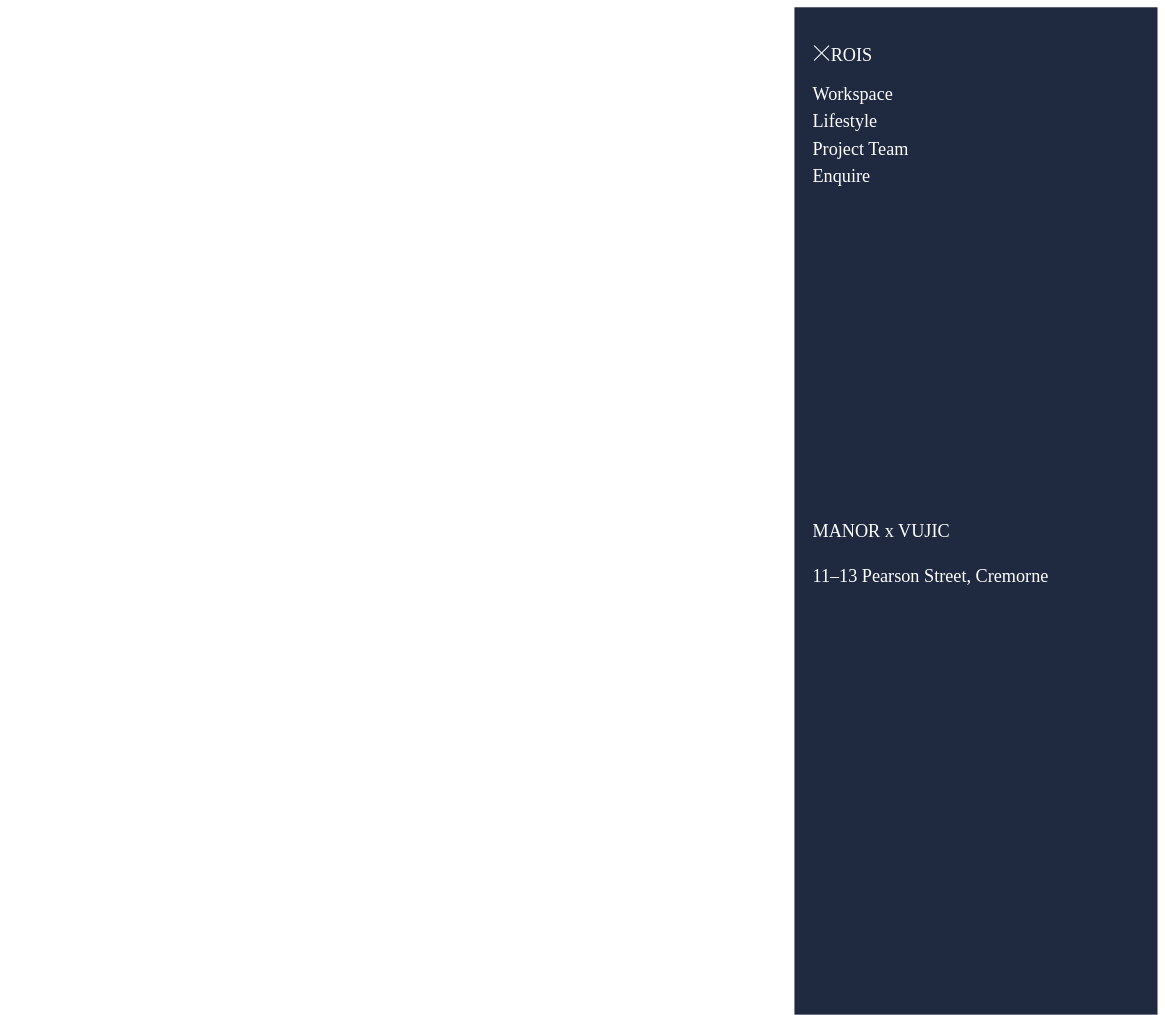
Repository: ThanhMai6507/Rois-Landing-Page
Page: index.html
These files come from the project's save history. The page is drawn as it stood at one moment and after a run of saves; the edit follows.
The browser window is 1280 px wide. The pictures show the whole page, at 91% of full size.

Above is the page before, as saved 2022-10-31 11:06:25.

After the next 3 saves:
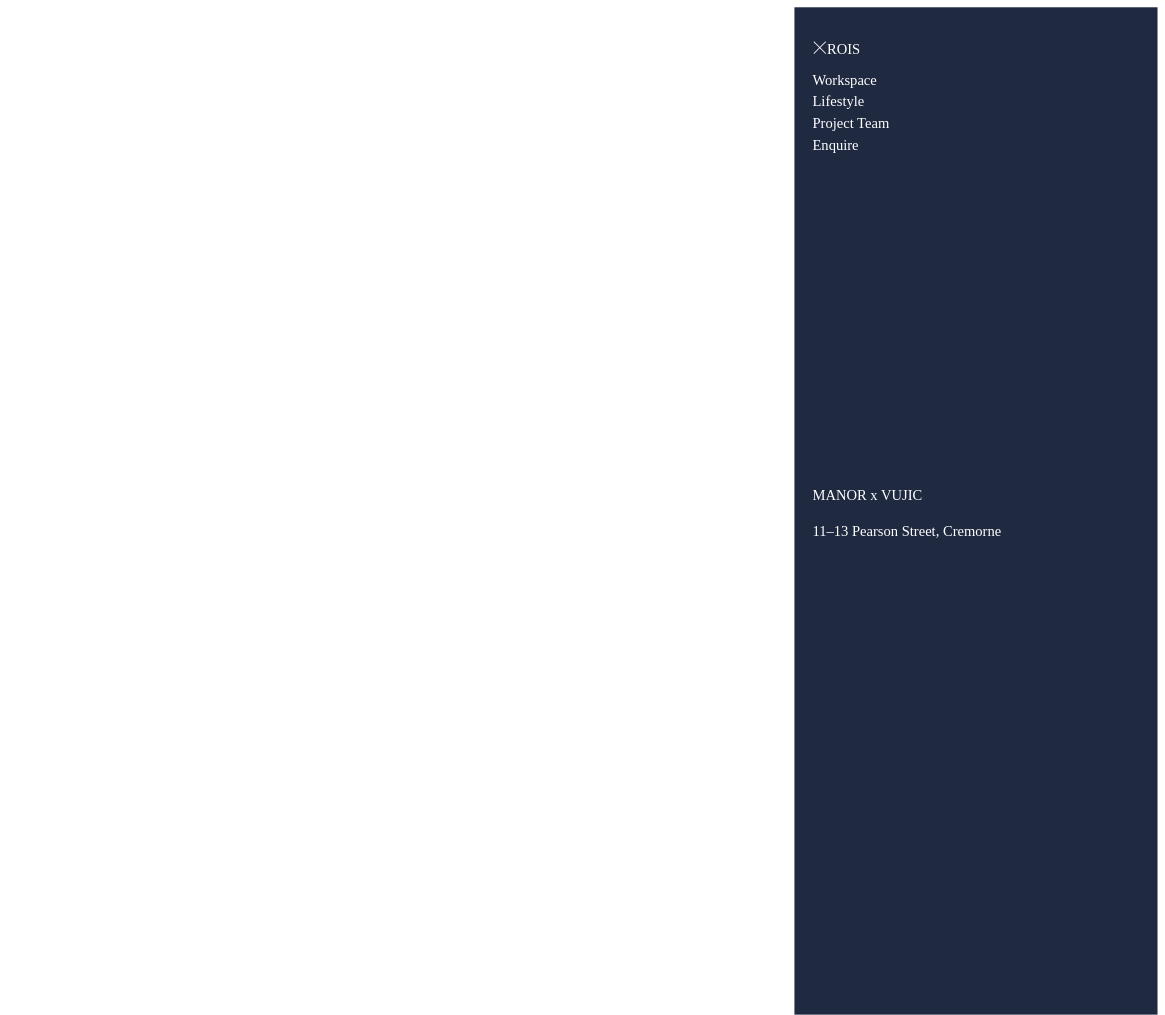
The 3 saves are shown as one change because they came seconds apart.
The last was saved 59 s later.
--- a/style.css
+++ b/style.css
@@ -5,8 +5,6 @@
     position: relative;
     display: flex;
     justify-content: end;
-    font-family: 'Times New Roman', Times, serif;
-    font-size: 20px;
 }
 
 .menu {
@@ -18,6 +16,8 @@
     padding-left: 20px;
     padding-top: 20px;
     line-height: 1.5;
+    font-family: 'Times New Roman', Times, serif;
+    font-size: 44;
 }
 
 a {
